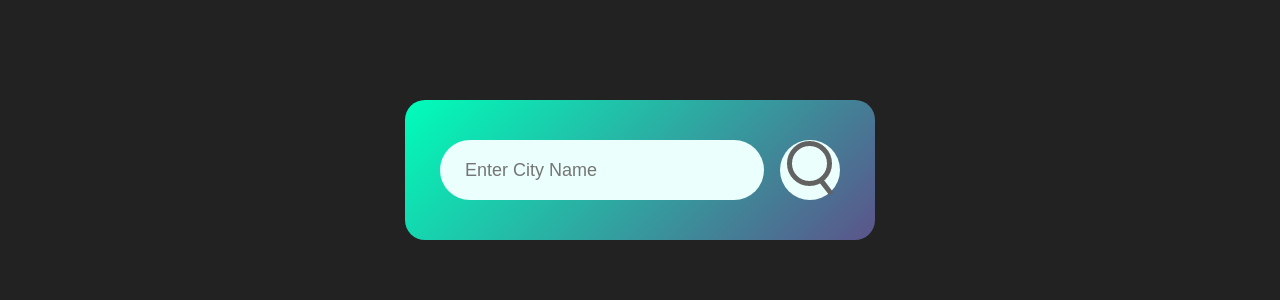
Repository: dubeprince/WeatherApp-Project
Page: WeatherApp/index.html
An editor plug-in stored every save of this project. The page is shown before and after the next save, followed by the edit.
The browser window is 1280 px wide. The pictures show the whole page.

Above is the page before, as saved 2023-05-26 10:50:57.

After the next save:
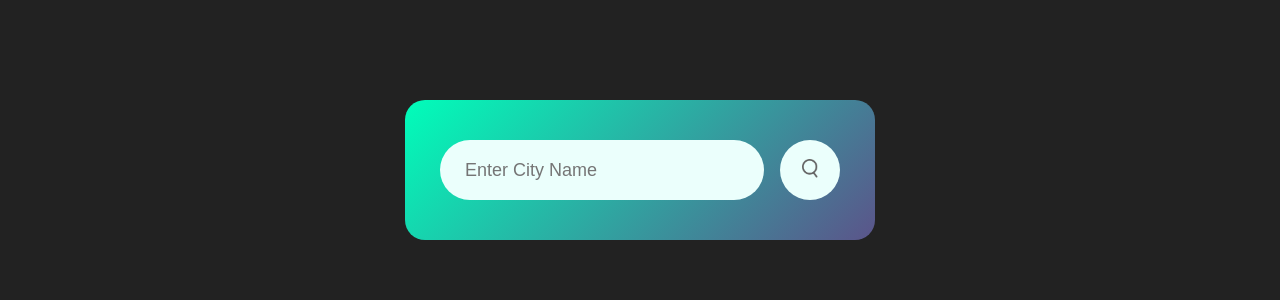
Saved 47 s later.
--- a/WeatherApp/style.css
+++ b/WeatherApp/style.css
@@ -47,3 +47,7 @@ body{
     cursor: pointer;
 
 }
+.search button img{
+    width: 16px;
+
+}
